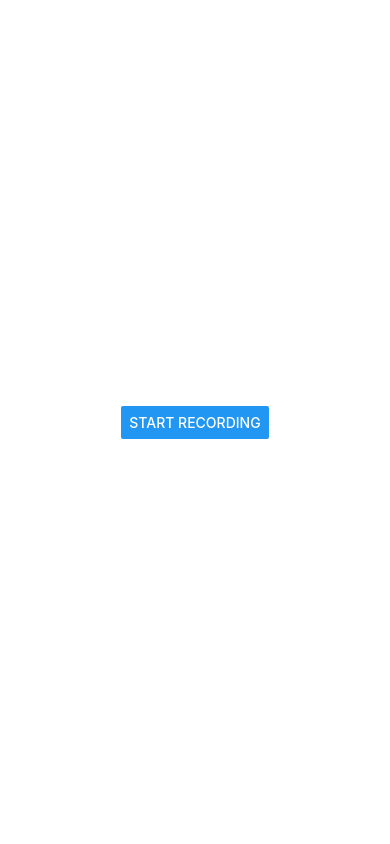
Repository: tebo27cMd/Audio_Rec-Native
Screen: /
The author's editor kept a copy of each file at every save. The screen is drawn from the files as they stood at one save, then again after a run of saves.
The app was drawn by React Native's web renderer in a window 390 px wide. The project was rebuilt for these pictures with package versions that can differ from the ones it lists, and the page was loaded fresh each time.

Above is the screen before, as saved 2022-09-15 10:05:41.

### App.js
import { StatusBar } from 'expo-status-bar';
import React from 'react';
import { Button, StyleSheet, Text, View } from 'react-native';
import { Audio } from 'expo-av';
// import { firebase } from './src/config';

export default function App() {
  const [recording, setRecording] = React.useState();
  const [recordings, setRecordings] = React.useState([]);
  const [message, setMessage] = React.useState("");

  async function startRecording() {
    try {
      const permission = await Audio.requestPermissionsAsync();

      if (permission.status === "granted") {
        await Audio.setAudioModeAsync({
          allowsRecordingIOS: true,
          playsInSilentModeIOS: true
        });

        const { recording } = await Audio.Recording.createAsync(
          Audio.RECORDING_OPTIONS_PRESET_HIGH_QUALITY
        );

        setRecording(recording);
      } else {
        setMessage("Please grant permission to app to access microphone");
      }
    } catch (err) {
      console.error('Failed to start recording', err);
    }
  }

  async function stopRecording() {
    setRecording(undefined);
    await recording.stopAndUnloadAsync();

    let updatedRecordings = [...recordings];
    const { sound, status } = await recording.createNewLoadedSoundAsync();
    updatedRecordings.push({
      sound: sound,
      duration: msToTime(status.duration),
      file: recording.getURI()
    });

    setRecordings(updatedRecordings);
  }
  function msToTime(duration) {
    var milliseconds = Math.floor((duration % 1000) / 100),
      seconds = Math.floor((duration / 1000) % 60),
      minutes = Math.floor((duration / (1000 * 60)) % 60),
      hours = Math.floor((duration / (1000 * 60 * 60)) % 24);

    hours = (hours < 10) ? "0" + hours : hours;
    minutes = (minutes < 10) ? "0" + minutes : minutes;
    seconds = (seconds < 10) ? "0" + seconds : seconds;

    return hours + ":" + minutes + ":" + seconds + "." + milliseconds;
  }


  // function getDurationFormatted(ms) {
  //   const minutes =  ms/60 ;
  //   const minutesDisplay = Math.floor(minutes);
  //   const seconds = Math.round((minutes - minutesDisplay) * 60);
  //   const secondsDisplay = seconds < 10 ? `0${seconds}` : seconds;
  //   return `${minutesDisplay}:${secondsDisplay}`;
  // }


  function getRecordingLines() {
    return recordings.map((recordingLine, index) => {
      return (
        <View key={index} style={styles.row}>
          <Text style={styles.fill}>Recording {index + 1} - {recordingLine.duration}</Text>
          <Button style={styles.button} onPress={() => recordingLine.sound.replayAsync()} title="Play"></Button>
        </View>
      );
    });
  }

  return (
    <View style={styles.container}>
      <Text>{message}</Text>
      <Button
        title={recording ? 'Stop Recording' : 'Start Recording'}
        onPress={recording ? stopRecording : startRecording} />
      {getRecordingLines()}
      <StatusBar style="auto" />
    </View>
  );
}

const styles = StyleSheet.create({
  container: {
    flex: 1,
    backgroundColor: '#',
    alignItems: 'center',
    justifyContent: 'center',
  },
  row: {
    flexDirection: 'row',
    alignItems: 'center',
    justifyContent: 'center',
  },
  fill: {
    flex: 1,
    margin: 16
  },
  button: {
    margin: 16,
    borderRadius:"17px",
    color:"black"

  }
});

After the next 2 saves:
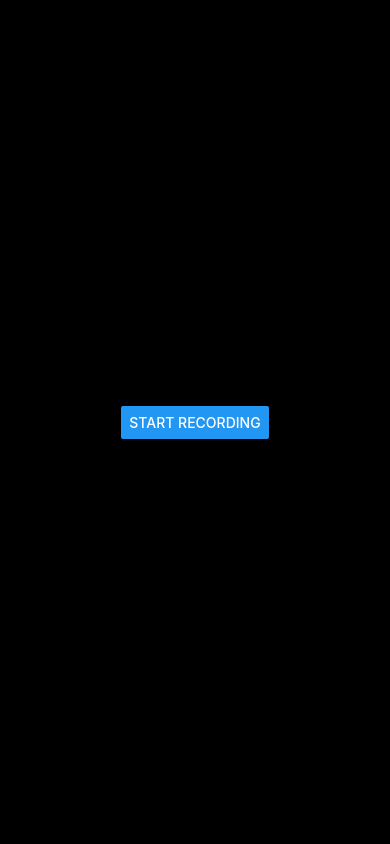
The 2 saves are shown as one change because they came seconds apart.
The last was saved 8 s later.
--- a/App.js
+++ b/App.js
@@ -95,7 +95,7 @@ export default function App() {
 const styles = StyleSheet.create({
   container: {
     flex: 1,
-    backgroundColor: '#',
+    backgroundColor: 'black',
     alignItems: 'center',
     justifyContent: 'center',
   },
